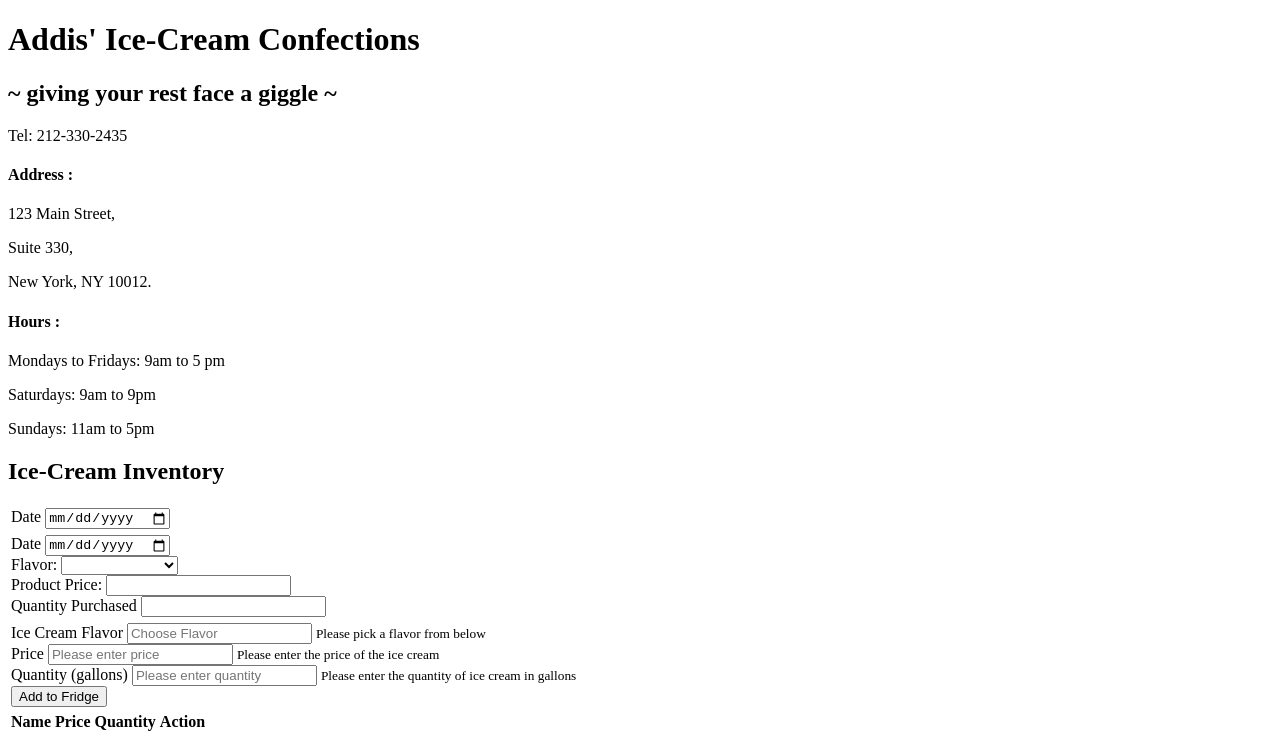
Repository: addisjackson/inventory-web-application
Page: index.html
An editor plug-in stored every save of this project. The page is shown before and after a run of saves, followed by the edit.
The browser window is 1280 px wide. The pictures show the whole page.

Above is the page before, as saved 2023-07-05 18:00:32.

After the next 2 saves:
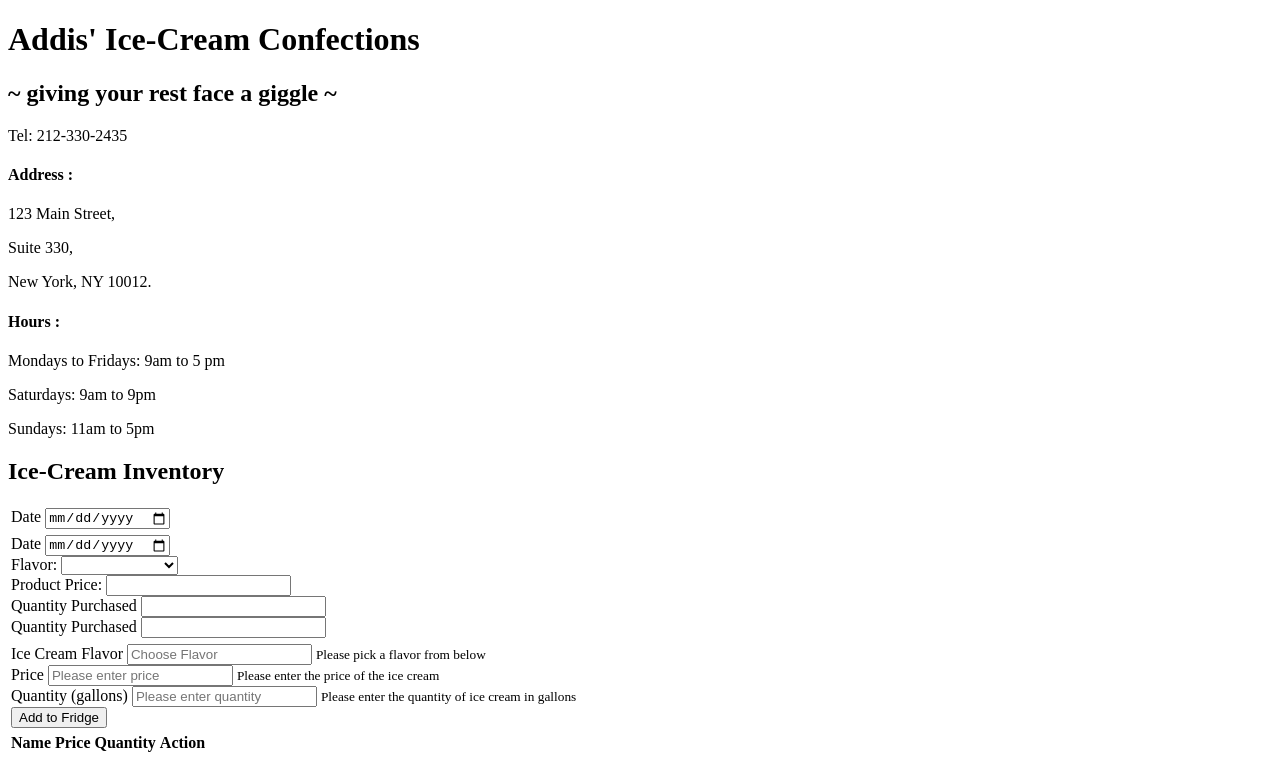
The 2 saves are shown as one change because they came seconds apart.
The last was saved 14 s later.
--- a/index.html
+++ b/index.html
@@ -103,6 +103,10 @@
                             <label for="quantityPurchased">Quantity Purchased</label>
                             <input type="number" name="quantityPurchased" id="quantityPurchased">
                         </div>
+                        <div>
+                            <label for="quantityPurchased">Quantity Purchased</label>
+                            <input type="number" name="quantityPurchased" id="quantityPurchased">
+                        </div>
 
                     </form>
                 </td>
